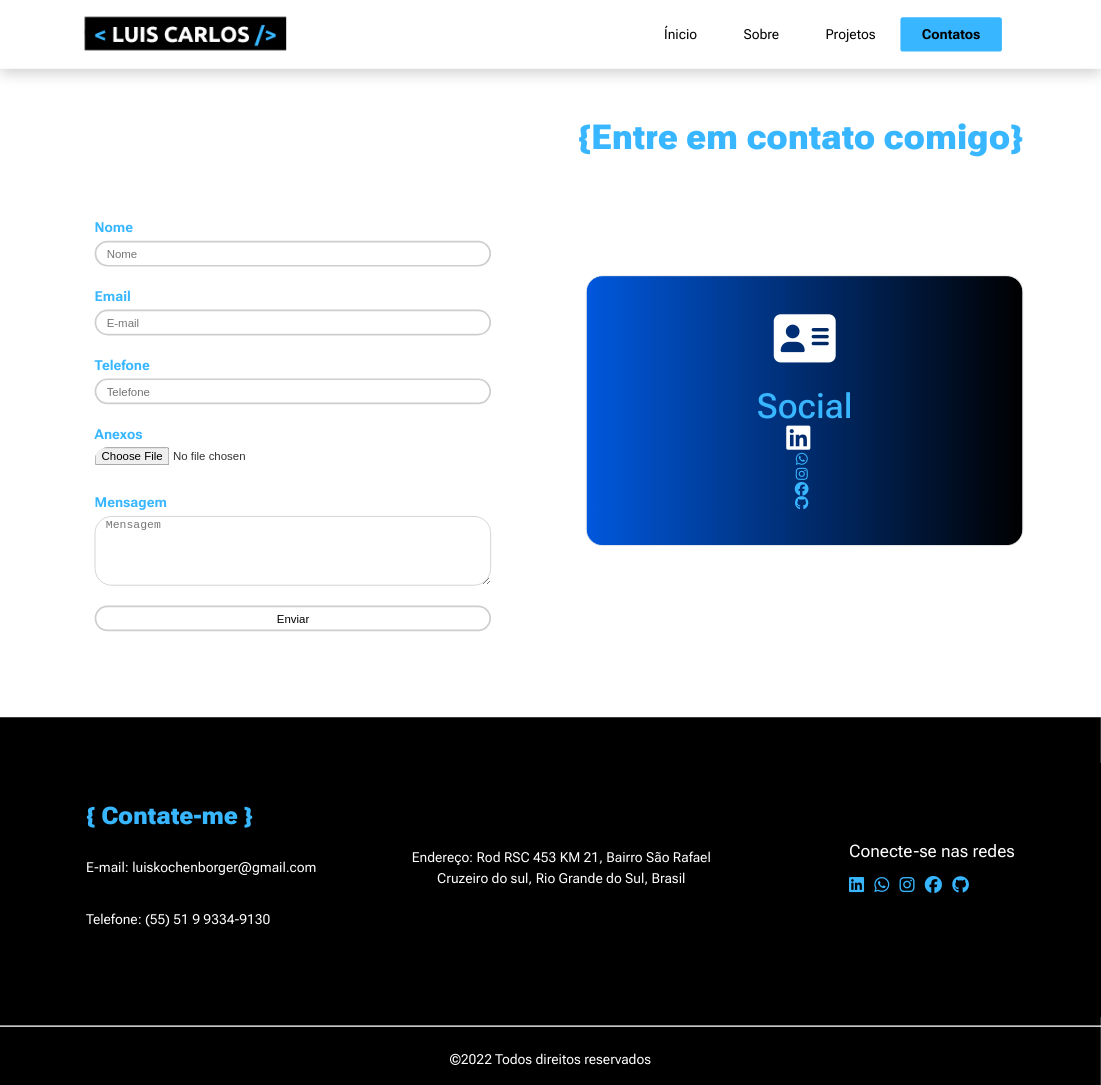
Repository: Iluiscarlos/SitePortifolio
Page: contacts.html
The author's editor kept a copy of each file at every save. The page is drawn from the files as they stood at one save, then again after the next save.
The browser window is 1280 px wide. The pictures show the whole page, at 86% of full size.
Some web libraries are served in a nearby version.

Above is the page before, as saved 2022-05-25 19:49:40.

### contacts.html
<!DOCTYPE html>
<html lang="pt-BR">

<head>
    <meta charset="UTF-8">
    <meta name="viewport" content="width=device-width, initial-scale=1.0">
    <meta http-equiv="X-UA-Compatible" content="ie=edge">
    <title>Luís Carlos</title>
    <link rel="stylesheet" href="Styles/base/reset.css">
    <link rel="stylesheet" href="Styles/base/variables.css">
    <link rel="stylesheet" href="Styles/base/base.css">
    <link rel="stylesheet" href="Styles/layout/header.css">
    <link rel="stylesheet" href="Styles/layout/about.css">
    <link rel="stylesheet" href="Styles/layout/footer.css">
    <link rel="stylesheet" href="Styles/layout/contacts.css">
    <link rel="stylesheet" href="Styles/components/icon.css">
    <script src="https://kit.fontawesome.com/2c48374459.js" crossorigin="anonymous"></script>
    <link rel="preconnect" href="https://fonts.googleapis.com">
    <link rel="preconnect" href="https://fonts.gstatic.com" crossorigin>
    <link
        href="https://fonts.googleapis.com/css2?family=Roboto+Flex:opsz,wght@8..144,100;8..144,200;8..144,300;8..144,400;8..144,500;8..144,600;8..144,700;8..144,800;8..144,900&display=swap"
        rel="stylesheet">
</head>

<body>
    <header class="header">
        <div class="container">
        <img src="icons/logo.png" class="header__logo">
        <nav class="menu__item">
            <a href="index.html" class="menu__item">Ínicio</a>
            <a href="about.html" class="menu__item">Sobre</a>
            <a href="projects.html" class="menu__item">Projetos</a>
            <a href="contacts.html" target="_self" class=" menu__item menu__item--active">Contatos</a>
        </nav>
        </div>
    </header>
    <main class="container">
    <h1 class="about__tittle">{Entre em contato comigo}</h1>
    <section class="inbox">
        <div class="inbox__add">
        <form>
            <label for=name>Nome</label><br>
            <input class="form-item" type="text" id="name" name="name" placeholder="Nome">
            <br>
            <label for="email">Email</label><br>
            <input class="form-item" type="email" id="email" name="email" placeholder="E-mail">
            <br>
            <label for="phone">Telefone</label><br>
            <input class="form-item" type="tel" id="phone" name="phone" placeholder="Telefone">
            <br>
            <label for="attachments">Anexos</label><br>
            <input class="form-item" type="file" id="attachments" name="attachments">
            <br>
            <label for="message">Mensagem</label><br>
            <textarea class="form-item" id="message" name="message" rows="5" placeholder="Mensagem"></textarea>
            <input class="form-item" type="submit" value="Enviar">
        </form>
        </div>
        <div class="social">
            <div class="icon__large">
                <i class="fa-solid fa-address-card"></i>
            </div>
            <h1 class="subtitle">Social</h1>
            <a class="icon__medium" href="https://www.linkedin.com/in/luis-carlos-kochenborger" target="_blank"><i
                class="fa-brands fa-linkedin"></i></a><br>
        <a class="icon__small" href="https://api.whatsapp.com/send?phone=5551993349130&text=Contate-me"
            target="_blank"><i class="fa-brands fa-whatsapp"></i></a><br>
        <a class="icon__small" href="https://www.instagram.com/iluis.kochenborger/" target="_blank"><i
                class="fa-brands fa-instagram"></i></a><br>
        <a class="icon__small" href="https://www.facebook.com/luiscarlos.kochenborger/" target="_blank"><i
                class="fa-brands fa-facebook"></i></a><br>
        <a class="icon__small" href="https://github.com/Iluiscarlos" target="_blank"><i
                class="fa-brands fa-github"></i></a><br>
            </div>
    </section>

</main>
    <footer>
        <section class="andress">
            <div class="andress__contacts">
                <h1 class="andress__contacts-tittle">{ Contate-me }</h1>
                <a class="contacts" href="mailto:luiskochenborger@gmail.com">E-mail: luiskochenborger@gmail.com</a>
                <a class="contacts" href="tel:+55051993349130">Telefone: (55) 51 9 9334-9130</a>
            </div>
            <address class="andress__add">
                Endereço: Rod RSC 453 KM 21, Bairro São Rafael<br>
                Cruzeiro do sul, Rio Grande do Sul, Brasil
            </address>
            <div class="andress__rede">
                <h1 id="andress__rede">Conecte-se nas redes</h1>
                <br>
                <a class="icon__small" href="https://www.linkedin.com/in/luis-carlos-kochenborger" target="_blank"><i
                        class="fa-brands fa-linkedin"></i></a>
                <a class="icon__small" href="https://api.whatsapp.com/send?phone=5551993349130&text=Contate-me"
                    target="_blank"><i class="fa-brands fa-whatsapp"></i></a>
                <a class="icon__small" href="https://www.instagram.com/iluis.kochenborger/" target="_blank"><i
                        class="fa-brands fa-instagram"></i></a>
                <a class="icon__small" href="https://www.facebook.com/luiscarlos.kochenborger/" target="_blank"><i
                        class="fa-brands fa-facebook"></i></a>
                <a class="icon__small" href="https://github.com/Iluiscarlos" target="_blank"><i
                        class="fa-brands fa-github"></i></a>
            </div>
        </section>
        <hr>
            <span class="footer__copy">
                &copy;2022 Todos direitos reservados
            </span>
        </footer>
    </body>
    </html>
</body>
</html>

### Styles/base/variables.css
:root{
    --color-red: #F41B3B;
    --color-green: #1EBC99;
    --color-blue: #38b6ff;
    --color-blue1: #0058dd;
    --color-purple:#6b009d;
    --color-yellow: #F9CC0D;
    --color-white: #ffffff;
    --color-black: #000000;
    --color-black1: #333;
    --color-darken-gray: #363536;
    --color-light-gray: #807E81;
    --color-gray: #4f4e50;
    --color-fa: #fafafa;
    --color-ea: #eaeaea;
    --color-cece: #cecece;

--font-family-Roboto:"Roboto Flex", 'Sans serif';
--font-size-default: 16px;
--border-radius-default:3px;

--font-family-primary: var(--font-family-Roboto);
}

### Styles/base/base.css
body {
    font-family: var(--font-family-primary);
    font-size: var(--font-size-default);
    background-color:  var(--color-white);
    color: var(--color-black1);
}


.divisor{
    size: 1;
    width: 100%;
}

.container {
    width: 1100px;
    max-width: 100%;
    margin-left: auto;
    margin-right: auto;
    margin-bottom: 60px;
  }

### Styles/layout/header.css
.header{
    position: fixed;
    height: 80px;
    font-size: 16px;
    background-color: var(--color-white);
    box-shadow: 0 5px 1em #cecece;
    top: 0;
    left: 0;
    right: 0;
}

.header .container{
    display: flex;
    align-items: center;
    height: 100%;
}
.menu__item{
    display: inline-block;
    padding: 0 25px 0;
    text-decoration: none;
    /*border-right: 2px solid var(--color-blue);*/
    color: var(--color-black);
    margin-left: auto;
}

.menu__item--active{
    color: var(--color-black);
    display: inline-block;
    text-align: center;
    font-weight: bold;
    line-height: 40px;
    border-radius: 3px;
    background: var(--color-blue);
}

/*.menu__item:last-child{
    border-right: none;
}*/

.header__logo{
    width: 250px;
}


@media only screen and (max-width: 480px){
    .header{
    display: block;
    position: fixed;
    top: 60px;
    left: 0;
    right: 0;
    bottom: 0;
    background-color: pink;
    transform: translateX(-100%);

}


    .header__menu::-webkit-scrollbar{
        width: 0;
        height: 0;
    }

    .menu__item{
        display: block;
        margin: 20px 0;
    }

}

### Styles/layout/about.css
.about{
    display: flex;
}

.about__photo{
    width: 400px;
    height: 500px;
    padding-top: 280px;
    padding-right: 50px;
    vertical-align: middle;
    object-fit: cover;
}


.about__tittle{
    color: var(--color-blue);
    font-size: 40px;
    font-weight:900;
    padding-top: 140px;
    text-align: end;
}


.about__content{
    font-family: var(--font-family-primary);
    font-size: 18px;
    padding-top: 30px;
    text-align: justify;
    line-height: 1.25;
}


a{
    text-decoration: none;
}

.bold__blue{
    font-weight: bold;
    color: var(--color-blue);
}

.bold__black{
    font-weight: bold;
    color: var(--color-black);
}


.experience{
    display: flex;
    flex-direction: column;
}

.subtitle{
    color: var(--color-blue);
    font-size: 40px;
    font-weight:500;
    padding-top: 25px;
    text-align: center;
    vertical-align:top;
}

.experience__list{
    text-align: justify;
    font-size: 18px;
    font-weight: 400;
    line-height: 25px;
}

.experience__edu{
    text-align: justify;
    font-size: 18px;
    font-weight: 400;
    line-height: 25px;
}

### Styles/layout/footer.css
footer{
display: block;
background-color: var(--color-black);
}

.andress {
    display: flex;
    height: 350px;
    color: var(--color-white);
    align-items: center;
    justify-content: space-between;
    padding-left: 100px;
}


.andress__contacts{
    display: block;
    font-size: var(--font-size-default);
    line-height: 60px;
}

.andress__contacts-tittle{
    color: var(--color-blue);
    font-size: 28px;
    font-weight: 900;

}


.contacts{
    display: block;
    text-decoration: none;
    color: var(--color-white);
}

.andress__rede{
    display: block;
    font-size: 20px;
    padding-left: 150px;
    padding-right: 100px;
}

.andress__add{
    line-height: 25px;
    padding-left: 100px;
    text-align:center;
}


.footer__copy{
    display: flex;
    height: 60px;
    font-size: var(--font-size-default);
    color: var(--color-white);
    text-align: center;
    justify-content:center;
    align-items: center;
}

### Styles/layout/contacts.css
.inbox{
    display: flex;
    align-items: center;
}

.inbox__add{
    padding-top: 50px;
    width: 50%;
}

.form-item {
    width: 100%;
    min-height: 30px;
    margin-bottom: 20px;
    box-sizing: border-box;
    border-radius: 20px;
    border-style:solid;
    border-color: var(--color-cece);
}

.form__item textarea{
    border-style:solid;
    border-color: var(--color-black);
}
.form-item::placeholder{
    padding-left: 10px;
}

.form-item#attachments{
    border-style: none;
}

form{
   /* box-sizing: border-box;
    background-color: var(--color-fa);
    border: 1px solid var(--color-ea);*/
    padding: 20px;
    border-radius: 6px;
}


label{
    color: var(--color-blue);
    font-weight: bold;
    width: 500px;
    line-height: 30px;

}


input{
    background-color: var(--color-white);
}


.social{
    text-align: center;
    width: 50%;
    box-sizing: border-box;
    padding: 40px;
    margin-left: 90px;
    background-image: linear-gradient(to right, var(--color-blue1), var(--color-black));
    border: 1px solid var(--color-ea);
    border-radius: 20px;
}

.buttom{
    width:40%;
    height:40px;
    font-size: 16px;
    color: var(--color-black);
    background-color: var(--color-blue);
    border-radius:10px;
    margin-top: 20px;
    border-style: none;
    text-decoration: none;
}

### Styles/components/icon.css
.icon__large{
    font-size: 4em;
    color: var(--color-blue1);
    text-align: center;
}

.icon__large:last-child{
    text-align: end;
}

.social .icon__large{
    color: var(--color-white);
}

.icon__medium{
    text-decoration: none;
    font-size: 2em;
    color: var(--color-white);
    letter-spacing: 15px;
}

.icon__small{
    text-decoration: none;
    text-align: end;
    font-size: 1em;
    color: var(--color-blue);
    letter-spacing: 7px;
}

.icon__small i:hover{
    transform: translateX(1px) rotate(10deg) translateY(0.3px) scale(1.2);
    transition-duration: 1000ms;
}

.icon__medium i:hover{
    transform: translateX(1px) rotate(10deg) translateY(0.3px) scale(1.2);
    transition-duration: 1000ms;
}

Loaded but not shown: Styles/base/reset.css (common file)

After the next save:
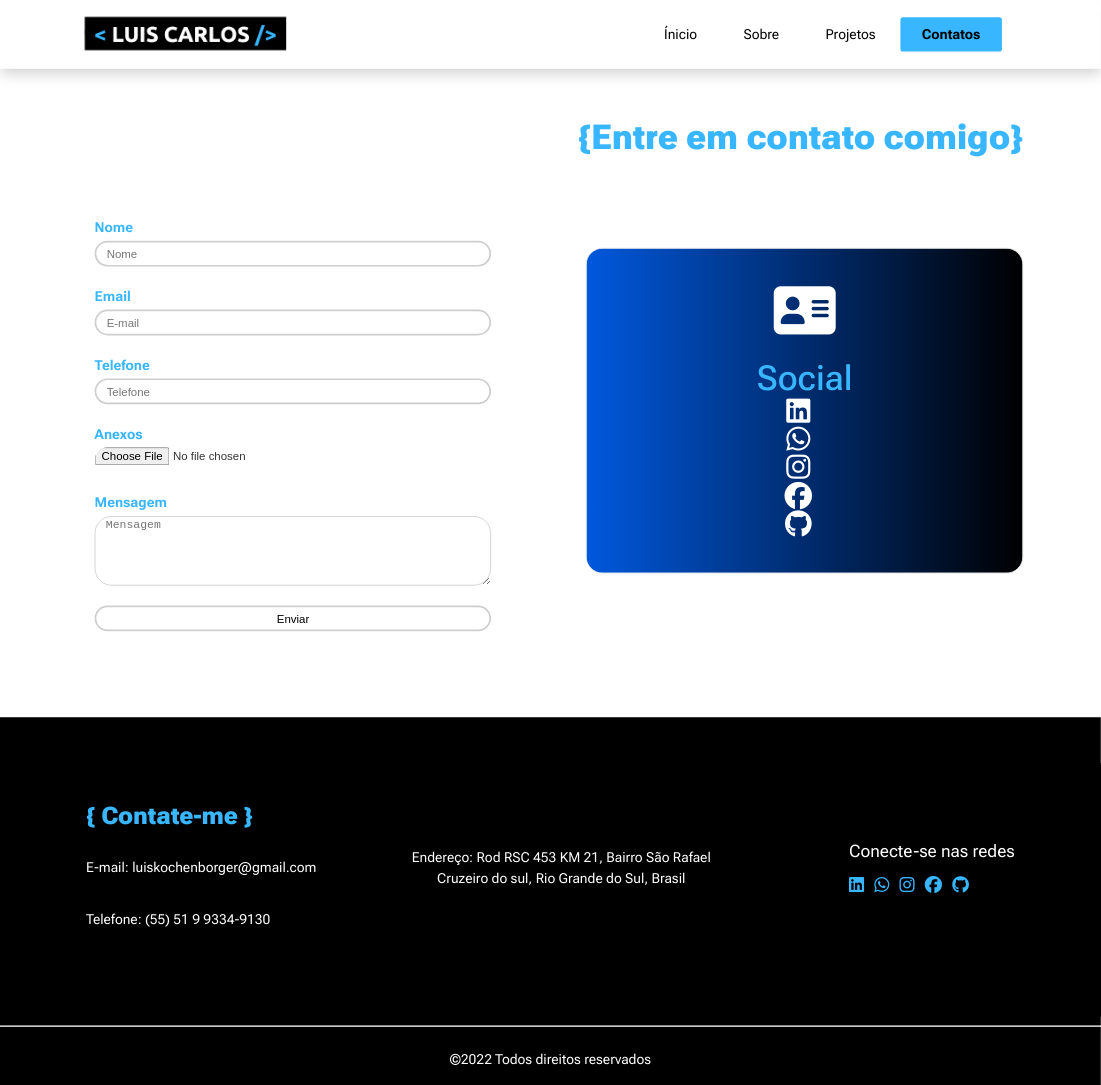
Saved 52 s later.
--- a/contacts.html
+++ b/contacts.html
@@ -63,13 +63,13 @@
             <h1 class="subtitle">Social</h1>
             <a class="icon__medium" href="https://www.linkedin.com/in/luis-carlos-kochenborger" target="_blank"><i
                 class="fa-brands fa-linkedin"></i></a><br>
-        <a class="icon__small" href="https://api.whatsapp.com/send?phone=5551993349130&text=Contate-me"
+                <a class="icon__medium" href="https://api.whatsapp.com/send?phone=5551993349130&text=Contate-me"
             target="_blank"><i class="fa-brands fa-whatsapp"></i></a><br>
-        <a class="icon__small" href="https://www.instagram.com/iluis.kochenborger/" target="_blank"><i
+            <a class="icon__medium" href="https://www.instagram.com/iluis.kochenborger/" target="_blank"><i
                 class="fa-brands fa-instagram"></i></a><br>
-        <a class="icon__small" href="https://www.facebook.com/luiscarlos.kochenborger/" target="_blank"><i
+                <a class="icon__medium" href="https://www.facebook.com/luiscarlos.kochenborger/" target="_blank"><i
                 class="fa-brands fa-facebook"></i></a><br>
-        <a class="icon__small" href="https://github.com/Iluiscarlos" target="_blank"><i
+                <a class="icon__medium" href="https://github.com/Iluiscarlos" target="_blank"><i
                 class="fa-brands fa-github"></i></a><br>
             </div>
     </section>
